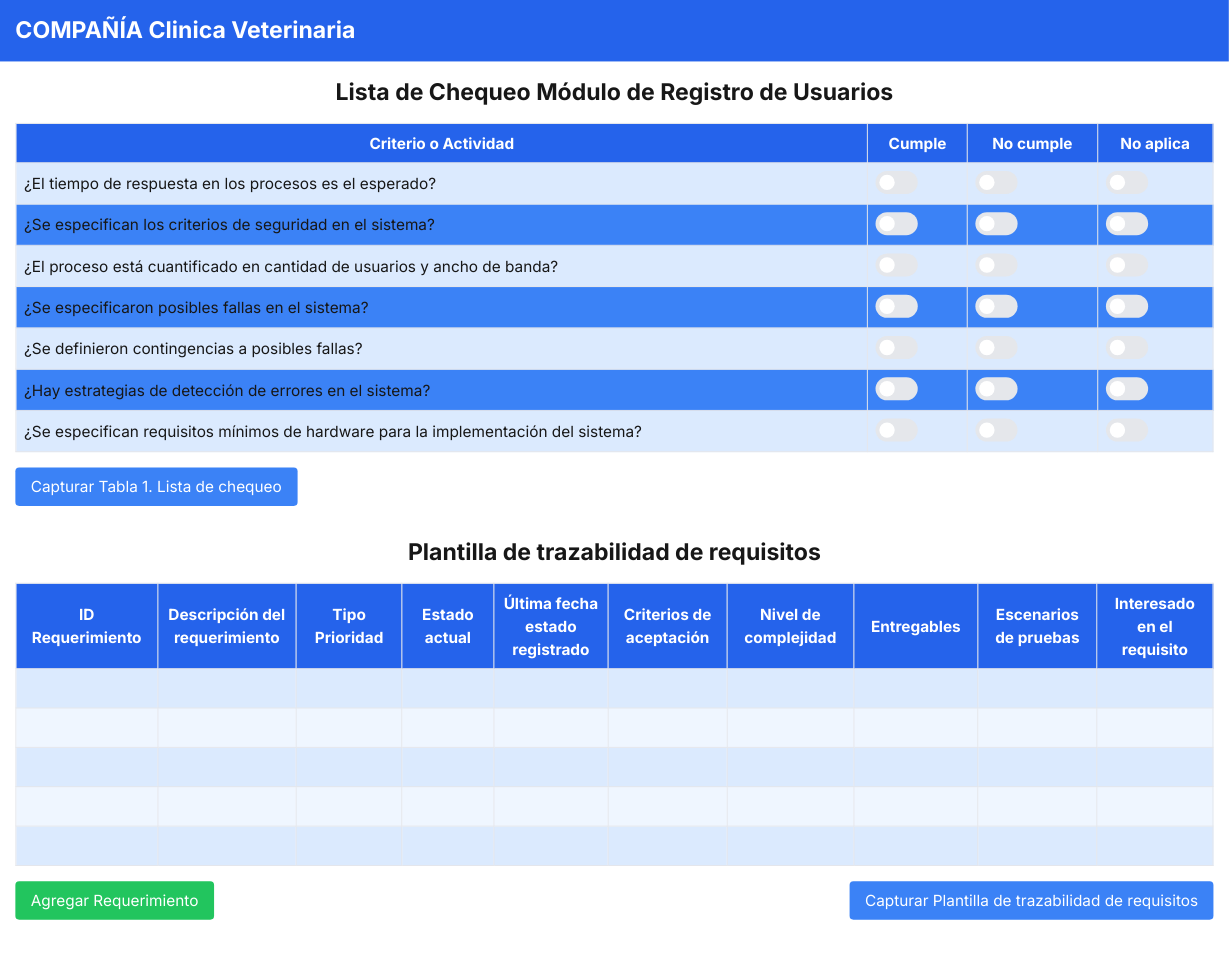
Repository: CiroAlfa/lista-de-Chequeo
Page: /
The author's editor kept a copy of each file at every save. The page is drawn from the files as they stood at one save, then again after the next save.
The browser window is 1280 px wide. The pictures show the whole page, at 96% of full size.
The project was rebuilt for these pictures with package versions that can differ from the ones it lists, and the page was loaded fresh each time. The framework's server and built-in components were replaced by stand-ins that run in the browser. Also part of the build but not shown: next.config.mjs.

Above is the page before, as saved 2024-09-27 13:08:20.

### src/app/layout.tsx
import './globals.css'
import type { Metadata } from 'next'
import { Inter } from 'next/font/google'

const inter = Inter({ subsets: ['latin'] })

export const metadata: Metadata = {
  title: 'Checklist App - Clinica Veterinaria',
  description: 'Aplicación de chequeo y trazabilidad de requisitos',
}

export default function RootLayout({
  children,
}: {
  children: React.ReactNode
}) {
  return (
    <html lang="es">
      <body className={inter.className}>
        <header className="bg-blue-600 text-white p-4">
          <h1 className="text-2xl font-bold">COMPAÑÍA Clinica Veterinaria</h1>
        </header>
        {children}
      </body>
    </html>
  )
}

### src/app/page.tsx
'use client'

import { useState } from 'react'
import { Switch } from '@headlessui/react'
import html2canvas from 'html2canvas'

interface ChecklistItem {
  id: number
  criteria: string
  cumple: boolean
  noCumple: boolean
  noAplica: boolean
}

interface RequirementItem {
  id: string
  description: string
  priority: string
  status: string
  lastUpdated: string
  acceptanceCriteria: string
  complexity: string
  deliverables: string
  testScenarios: string
  stakeholder: string
}

const initialChecklist: ChecklistItem[] = [
  { id: 1, criteria: '¿El tiempo de respuesta en los procesos es el esperado?', cumple: false, noCumple: false, noAplica: false },
  { id: 2, criteria: '¿Se especifican los criterios de seguridad en el sistema?', cumple: false, noCumple: false, noAplica: false },
  { id: 3, criteria: '¿El proceso está cuantificado en cantidad de usuarios y ancho de banda?', cumple: false, noCumple: false, noAplica: false },
  { id: 4, criteria: '¿Se especificaron posibles fallas en el sistema?', cumple: false, noCumple: false, noAplica: false },
  { id: 5, criteria: '¿Se definieron contingencias a posibles fallas?', cumple: false, noCumple: false, noAplica: false },
  { id: 6, criteria: '¿Hay estrategias de detección de errores en el sistema?', cumple: false, noCumple: false, noAplica: false },
  { id: 7, criteria: '¿Se especifican requisitos mínimos de hardware para la implementación del sistema?', cumple: false, noCumple: false, noAplica: false },
]

const initialRequirements: RequirementItem[] = Array(5).fill(null).map((_, index) => ({
  id: ``,
  description: '',
  priority: '',
  status: '',
  lastUpdated: '',
  acceptanceCriteria: '',
  complexity: '',
  deliverables: '',
  testScenarios: '',
  stakeholder: '',
}))

export default function Home() {
  const [checklist, setChecklist] = useState<ChecklistItem[]>(initialChecklist)
  const [requirements, setRequirements] = useState<RequirementItem[]>(initialRequirements)

  const handleChecklistChange = (id: number, field: 'cumple' | 'noCumple' | 'noAplica') => {
    setChecklist(checklist.map(item => {
      if (item.id === id) {
        const newItem = { ...item, [field]: !item[field] }
        if (newItem[field]) {
          newItem.cumple = field === 'cumple'
          newItem.noCumple = field === 'noCumple'
          newItem.noAplica = field === 'noAplica'
        }
        return newItem
      }
      return item
    }))
  }

  const handleRequirementChange = (id: string, field: keyof RequirementItem, value: string) => {
    setRequirements(requirements.map(item =>
      item.id === id ? { ...item, [field]: value } : item
    ))
  }

  const addRequirement = () => {
    const newId = `REQ00${requirements.length + 1}`
    setRequirements([...requirements, {
      id: newId,
      description: '',
      priority: '',
      status: '',
      lastUpdated: '',
      acceptanceCriteria: '',
      complexity: '',
      deliverables: '',
      testScenarios: '',
      stakeholder: '',
    }])
  }

  const captureScreenshot = async (elementId: string, fileName: string) => {
    const element = document.getElementById(elementId)
    if (element) {
      const canvas = await html2canvas(element)
      const image = canvas.toDataURL('image/png')
      const link = document.createElement('a')
      link.href = image
      link.download = fileName
      link.click()
    }
  }

  return (
    <main className="container mx-auto p-4">
      <div className="mb-8" id="checklist-table">
        <h2 className="text-2xl font-bold mb-4 text-center">Lista de Chequeo Módulo de Registro de Usuarios</h2>
        <table className="w-full border-collapse">
          <thead>
            <tr className="bg-blue-600 text-white">
              <th className="border p-2">Criterio o Actividad</th>
              <th className="border p-2">Cumple</th>
              <th className="border p-2">No cumple</th>
              <th className="border p-2">No aplica</th>
            </tr>
          </thead>
          <tbody>
            {checklist.map((item, index) => (
              <tr key={item.id} className={index % 2 === 0 ? 'bg-blue-100' : 'bg-blue-500'}>
                <td className="border p-2">{item.criteria}</td>
                <td className="border p-2">
                  <Switch
                    checked={item.cumple}
                    onChange={() => handleChecklistChange(item.id, 'cumple')}
                    className={`${item.cumple ? 'bg-blue-600' : 'bg-gray-200'} relative inline-flex h-6 w-11 items-center rounded-full`}
                  >
                    <span className={`${item.cumple ? 'translate-x-6' : 'translate-x-1'} inline-block h-4 w-4 transform rounded-full bg-white transition`} />
                  </Switch>
                </td>
                <td className="border p-2">
                  <Switch
                    checked={item.noCumple}
                    onChange={() => handleChecklistChange(item.id, 'noCumple')}
                    className={`${item.noCumple ? 'bg-blue-600' : 'bg-gray-200'} relative inline-flex h-6 w-11 items-center rounded-full`}
                  >
                    <span className={`${item.noCumple ? 'translate-x-6' : 'translate-x-1'} inline-block h-4 w-4 transform rounded-full bg-white transition`} />
                  </Switch>
                </td>
                <td className="border p-2">
                  <Switch
                    checked={item.noAplica}
                    onChange={() => handleChecklistChange(item.id, 'noAplica')}
                    className={`${item.noAplica ? 'bg-blue-600' : 'bg-gray-200'} relative inline-flex h-6 w-11 items-center rounded-full`}
                  >
                    <span className={`${item.noAplica ? 'translate-x-6' : 'translate-x-1'} inline-block h-4 w-4 transform rounded-full bg-white transition`} />
                  </Switch>
                </td>
              </tr>
            ))}
          </tbody>
        </table>
        <button
          onClick={() => captureScreenshot('checklist-table', 'lista-de-chequeo.png')}
          className="mt-4 bg-blue-500 text-white px-4 py-2 rounded hover:bg-blue-600 transition-colors"
        >
          Capturar Tabla 1. Lista de chequeo
        </button>
      </div>

      <div className="mb-8" id="requirements-table">
        <h2 className="text-2xl font-bold mb-4 text-center">Plantilla de trazabilidad de requisitos</h2>
        <table className="w-full border-collapse">
          <thead>
            <tr className="bg-blue-600 text-white">
              <th className="border p-2">ID Requerimiento</th>
              <th className="border p-2">Descripción del requerimiento</th>
              <th className="border p-2">Tipo Prioridad</th>
              <th className="border p-2">Estado actual</th>
              <th className="border p-2">Última fecha estado registrado</th>
              <th className="border p-2">Criterios de aceptación</th>
              <th className="border p-2">Nivel de complejidad</th>
              <th className="border p-2">Entregables</th>
              <th className="border p-2">Escenarios de pruebas</th>
              <th className="border p-2">Interesado en el requisito</th>
            </tr>
          </thead>
          <tbody>
            {requirements.map((item, index) => (
              <tr key={index} className={index % 2 === 0 ? 'bg-blue-100' : 'bg-blue-50'}>
                <td className="border p-2">
                  <input
                    type="text"
                    value={item.id}
                    onChange={(e) => handleRequirementChange(item.id, 'id', e.target.value)}
                    className="w-full bg-transparent"
                  />
                </td>
                <td className="border p-2">
                  <input
                    type="text"
                    value={item.description}
                    onChange={(e) => handleRequirementChange(item.id, 'description', e.target.value)}
                    className="w-full bg-transparent"
                  />
                </td>
                <td className="border p-2">
                  <input
                    type="text"
                    value={item.priority}
                    onChange={(e) => handleRequirementChange(item.id, 'priority', e.target.value)}
                    className="w-full bg-transparent"
                  />
                </td>
                <td className="border p-2">
                  <input
                    type="text"
                    value={item.status}
                    onChange={(e) => handleRequirementChange(item.id, 'status', e.target.value)}
                    className="w-full bg-transparent"
                  />
                </td>
                <td className="border p-2">
                  <input
                    type="text"
                    value={item.lastUpdated}
                    onChange={(e) => handleRequirementChange(item.id, 'lastUpdated', e.target.value)}
                    className="w-full bg-transparent"
                  />
                </td>
                <td className="border p-2">
                  <input
                    type="text"
                    value={item.acceptanceCriteria}
                    onChange={(e) => handleRequirementChange(item.id, 'acceptanceCriteria', e.target.value)}
                    className="w-full bg-transparent"
                  />
                </td>
                <td className="border p-2">
                  <input
                    type="text"
                    value={item.complexity}
                    onChange={(e) => handleRequirementChange(item.id, 'complexity', e.target.value)}
                    className="w-full bg-transparent"
                  />
                </td>
                <td className="border p-2">
                  <input
                    type="text"
                    value={item.deliverables}
                    onChange={(e) => handleRequirementChange(item.id, 'deliverables', e.target.value)}
                    className="w-full bg-transparent"
                  />
                </td>
                <td className="border p-2">
                  <input
                    type="text"
                    value={item.testScenarios}
                    onChange={(e) => handleRequirementChange(item.id, 'testScenarios', e.target.value)}
                    className="w-full bg-transparent"
                  />
                </td>
                <td className="border p-2">
                  <input
                    type="text"
                    value={item.stakeholder}
                    onChange={(e) => handleRequirementChange(item.id, 'stakeholder', e.target.value)}
                    className="w-full bg-transparent"
                  />
                </td>
              </tr>
            ))}
          </tbody>
        </table>
        <div className="mt-4 flex justify-between">
          <button
            onClick={addRequirement}
            className="bg-green-500 text-white px-4 py-2 rounded hover:bg-green-600 transition-colors"
          >
            Agregar Requerimiento
          </button>
          <button
            onClick={() => captureScreenshot('requirements-table', 'plantilla-trazabilidad-requisitos.png')}
            className="bg-blue-500 text-white px-4 py-2 rounded hover:bg-blue-600 transition-colors"
          >
            Capturar Plantilla de trazabilidad de requisitos
          </button>
        </div>
      </div>
    </main>
  )
}

Loaded but not shown: src/app/globals.css (common file); tailwind.config.ts (common file)

After the next save:
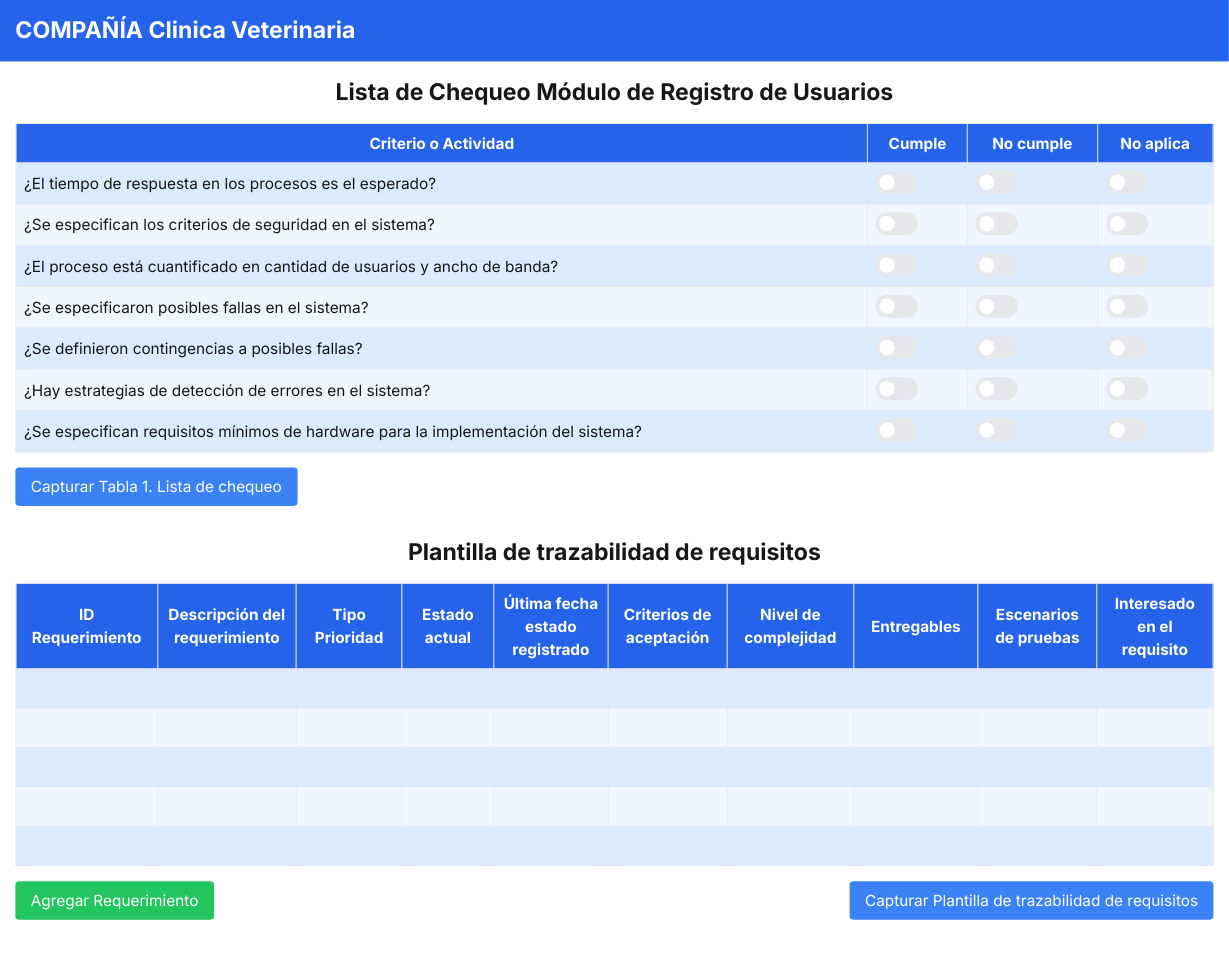
Saved 10 s later.
--- a/src/app/page.tsx
+++ b/src/app/page.tsx
@@ -116,7 +116,7 @@ export default function Home() {
           </thead>
           <tbody>
             {checklist.map((item, index) => (
-              <tr key={item.id} className={index % 2 === 0 ? 'bg-blue-100' : 'bg-blue-500'}>
+              <tr key={item.id} className={index % 2 === 0 ? 'bg-blue-100' : 'bg-blue-50'}>
                 <td className="border p-2">{item.criteria}</td>
                 <td className="border p-2">
                   <Switch
